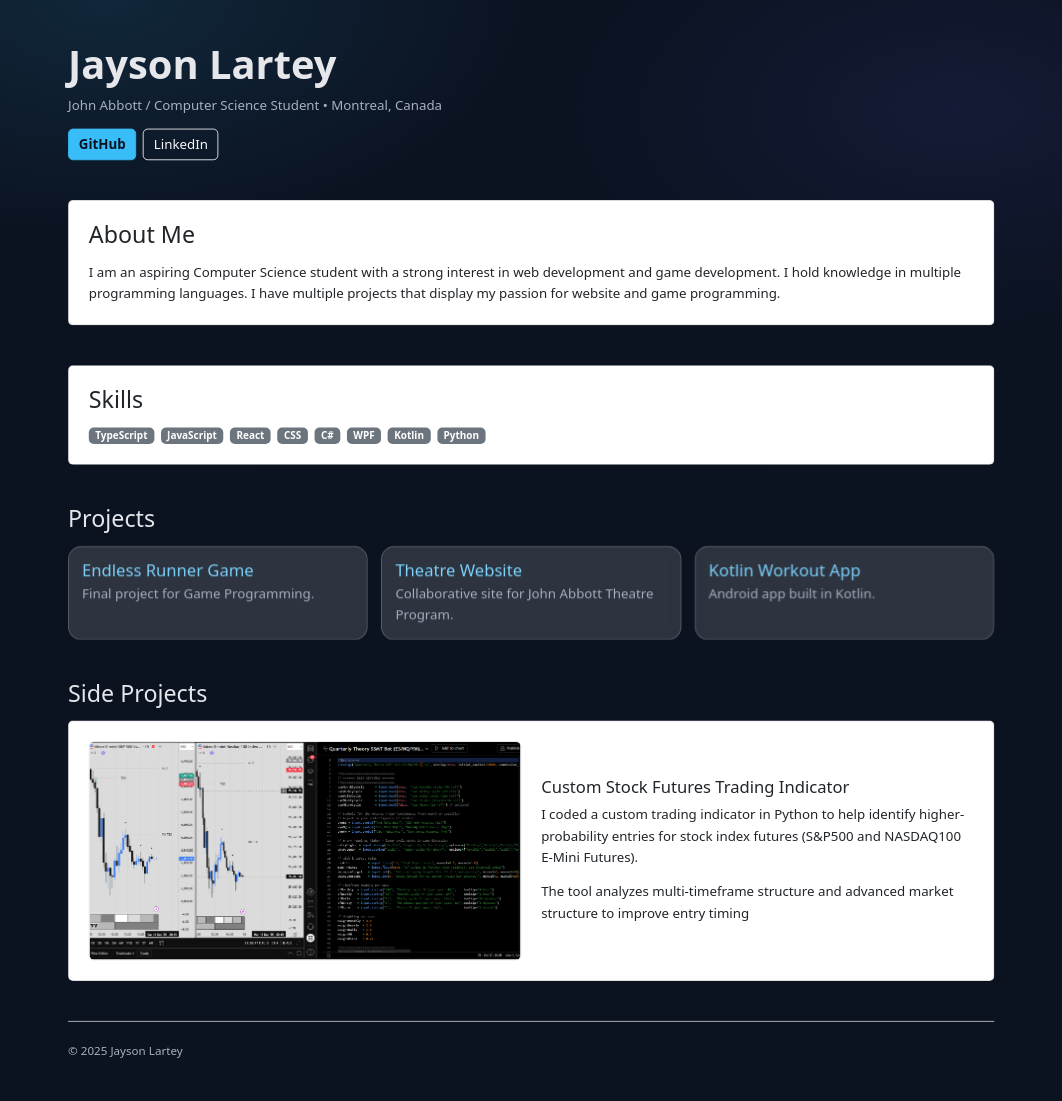
Repository: jaysonlartey/jaysonlartey.github.io
Page: index.html
An editor plug-in stored every save of this project. The page is shown before and after the next save, followed by the edit.
The browser window is 1280 px wide. The pictures show the whole page, at 83% of full size.

Above is the page before, as saved 2025-12-12 21:37:53.

### index.html
<!DOCTYPE html>
<html lang="en">

<head>
    <meta charset="UTF-8">
    <meta name="viewport" content="width=device-width, initial-scale=1.0">
    <title>Jayson Lartey - Portfolio</title>
    <link href="https://cdn.jsdelivr.net/npm/bootstrap@5.3.3/dist/css/bootstrap.min.css" rel="stylesheet">
    <link rel="stylesheet" href="style.css" />
    <script src="https://cdn.jsdelivr.net/npm/bootstrap@5.3.3/dist/js/bootstrap.bundle.min.js"></script>
    <script src="script.js"></script>
</head>

<body>
    <header class="container py-5">
        <div class="row align-items-center g-4">
            <div class="col-12 col-md-8">
                <h1 class="display-5 fw-semibold mb-2">Jayson Lartey</h1>
                <p class="text-secondary mb-3">John Abbott / Computer Science Student • Montreal, Canada</p>

                <div class="d-flex gap-2 flex-wrap">
                    <a class="btn btn-primary" href="https://github.com/jaysonlartey" target="_blank"
                        rel="noreferrer">GitHub</a>
                    <a class="btn btn-outline-light" href="https://www.linkedin.com/in/jayson-lartey/" target="_blank"
                        rel="noreferrer">LinkedIn</a>
                </div>
            </div>
        </div>
    </header>


    <main class="container pb-5">
        <section class="mb-5">
            <div class="card bg-white text-dark p-4">
                <h2 class="h3 mb-3">About Me</h2>
                <p class="mb-0">
                    I am an aspiring Computer Science student with a strong interest in web development and game
                    development.
                    I hold knowledge in multiple programming languages. I have multiple projects that display my passion
                    for website and game programming.
                </p>
            </div>
        </section>

        <section class="mb-5">
            <div class="card bg-white text-dark p-4">
                <h2 class="h3 mb-3">Skills</h2>
                <div class="d-flex flex-wrap gap-2">
                    <span class="badge text-bg-secondary">TypeScript</span>
                    <span class="badge text-bg-secondary">JavaScript</span>
                    <span class="badge text-bg-secondary">React</span>
                    <span class="badge text-bg-secondary">CSS</span>
                    <span class="badge text-bg-secondary">C#</span>
                    <span class="badge text-bg-secondary">WPF</span>
                    <span class="badge text-bg-secondary">Kotlin</span>
                    <span class="badge text-bg-secondary">Python</span>
                </div>
            </div>
        </section>

        <section class="mb-5">
            <h2 class="h3 mb-3">Projects</h2>

            <div class="row g-3">
                <div class="col-12 col-md-4">
                    <div class="card card-dark h-100 p-3">
                        <h3 class="h5 mb-1">
                            <a class="project-link" href="https://github.com/jaysonlartey/Endless-Runner-Game"
                                target="_blank" rel="noreferrer">
                                Endless Runner Game
                            </a>
                        </h3>
                        <p class="text-secondary mb-0">Final project for Game Programming.</p>
                    </div>
                </div>

                <div class="col-12 col-md-4">
                    <div class="card card-dark h-100 p-3">
                        <h3 class="h5 mb-1">
                            <a class="project-link" href="https://github.com/jaysonlartey/Theatre-App" target="_blank"
                                rel="noreferrer">
                                Theatre Website
                            </a>
                        </h3>
                        <p class="text-secondary mb-0">Collaborative site for John Abbott Theatre Program.</p>
                    </div>
                </div>

                <div class="col-12 col-md-4">
                    <div class="card card-dark h-100 p-3">
                        <h3 class="h5 mb-1">
                            <a class="project-link" href="https://github.com/jaysonlartey/Workout-App" target="_blank"
                                rel="noreferrer">
                                Kotlin Workout App
                            </a>
                        </h3>
                        <p class="text-secondary mb-0">Android app built in Kotlin.</p>
                    </div>
                </div>
            </div>
        </section>
        <section class="mb-5">
            <h2 class="h3 mb-3">Side Projects</h2>

            <div class="card bg-white text-dark p-4">
                <div class="row g-4 align-items-center">

                    <div class="col-12 col-md-6">
                        <img src="assets/trading-indicator.png" alt="Custom trading indicator for stock futures"
                            class="img-fluid rounded border" role="button" data-bs-toggle="modal"
                            data-bs-target="#imageModal" />
                    </div>

                    <div class="col-12 col-md-6">
                        <h3 class="h5 mb-2">Custom Stock Futures Trading Indicator</h3>
                        <p>
                            I coded a custom trading indicator in Python to help identify higher-probability
                            entries for stock index futures (S&P500 and NASDAQ100 E-Mini Futures).
                        </p>
                        <p class="mb-0">
                            The tool analyzes multi-timeframe structure and advanced market structure to improve entry
                            timing
                        </p>
                    </div>

                </div>
            </div>
        </section>
        <div class="modal fade" id="imageModal" tabindex="-1" aria-hidden="true">
            <div class="modal-dialog modal-dialog-centered modal-xl">
                <div class="modal-content bg-transparent border-0">
                    <button type="button" class="btn-close btn-close-white ms-auto mb-2" data-bs-dismiss="modal"
                        aria-label="Close"></button>
                    <img src="assets/trading-indicator.png" class="img-fluid rounded"
                        alt="Trading indicator full view" />
                </div>
            </div>
        </div>


        <footer class="pt-4 border-top border-secondary-subtle text-secondary small">
            © <span id="year"></span> Jayson Lartey
        </footer>
    </main>

</body>

</html>

### style.css
:root{
  --bg: #0b1220;
  --fg: #e5e7eb;
  --muted: #a7b0c0;
  --card: rgba(255,255,255,0.14);
  --card-border: rgba(255,255,255,0.25);
}

*{ box-sizing:border-box; }

body{
  margin:0;
  font-family: system-ui, -apple-system, Segoe UI, Roboto, sans-serif;
  color: var(--fg);
  background:
    radial-gradient(900px 500px at 10% 0%, rgba(56,189,248,0.12), transparent 60%),
    radial-gradient(900px 500px at 90% 10%, rgba(99,102,241,0.10), transparent 55%),
    var(--bg);
  line-height:1.6;
}

a{ text-decoration:none; }
a:hover{ text-decoration:underline; }

.text-secondary{ color: var(--muted) !important; }

.card-dark{
  background: var(--card);
  border: 1px solid var(--card-border);
  border-radius: 16px;
  color: var(--fg);
  backdrop-filter: blur(8px);
}

.project-link{
  color: #7dd3fc;
}
.project-link:hover{
  color: #bae6fd;
}

.btn-primary{
  background: #38bdf8;
  border-color: #38bdf8;
  color: #0b1220;
  font-weight: 600;
}
.btn-primary:hover{
  background: #7dd3fc;
  border-color: #7dd3fc;
  color: #0b1220;
}
img {
  max-height: 280px;
  object-fit: cover;
}

### script.js
document.addEventListener("DOMContentLoaded", () => {
  const year = document.getElementById("year");
  if (year) year.textContent = new Date().getFullYear();
});

After the next save:
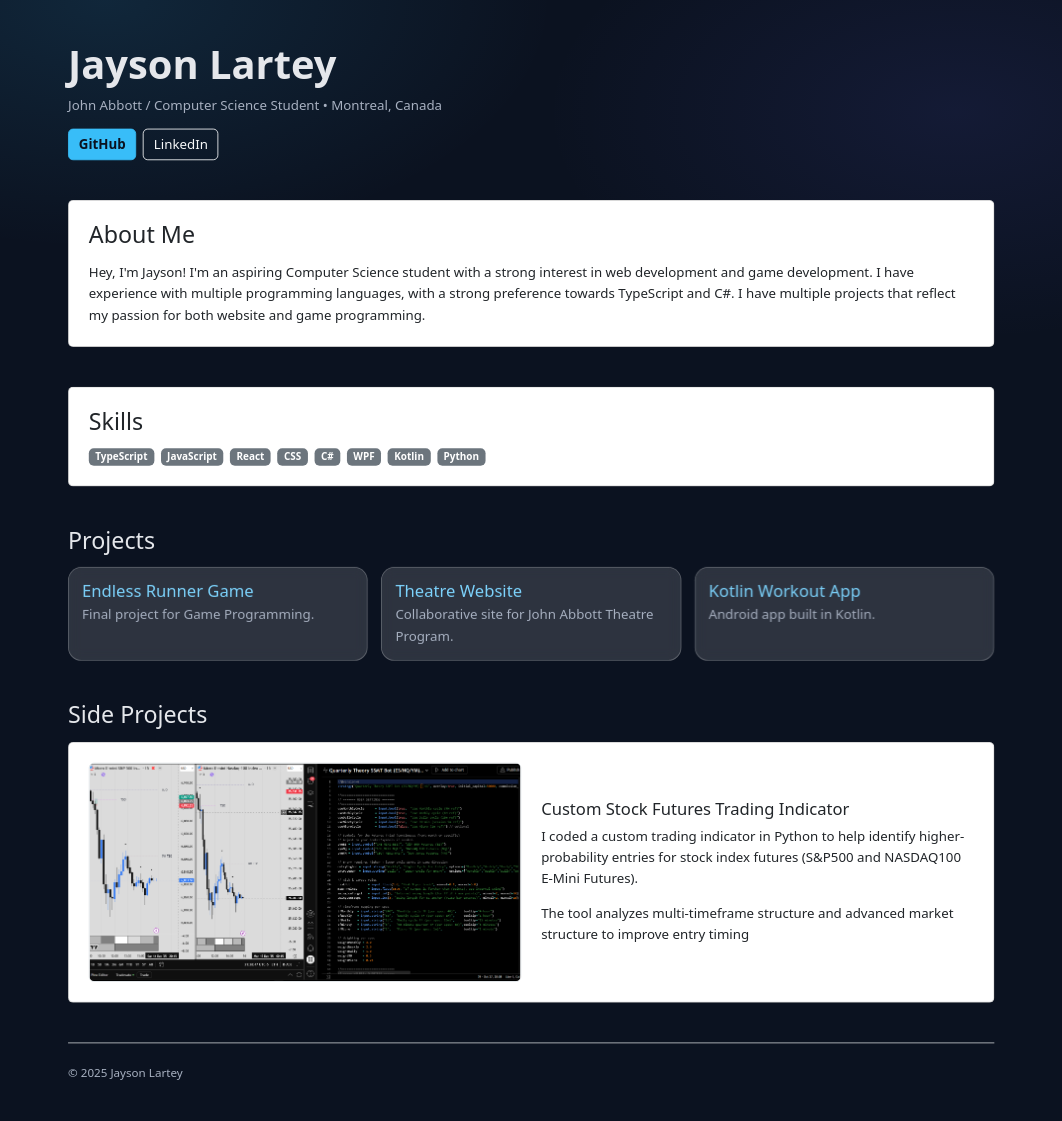
Saved 19 min 46 s later.
--- a/index.html
+++ b/index.html
@@ -34,10 +34,11 @@
             <div class="card bg-white text-dark p-4">
                 <h2 class="h3 mb-3">About Me</h2>
                 <p class="mb-0">
-                    I am an aspiring Computer Science student with a strong interest in web development and game
+                    Hey, I'm Jayson!
+                    I'm an aspiring Computer Science student with a strong interest in web development and game
                     development.
-                    I hold knowledge in multiple programming languages. I have multiple projects that display my passion
-                    for website and game programming.
+                    I have experience with multiple programming languages, with a strong preference towards TypeScript and C#. I have multiple projects that reflect my passion
+                    for both website and game programming.
                 </p>
             </div>
         </section>
